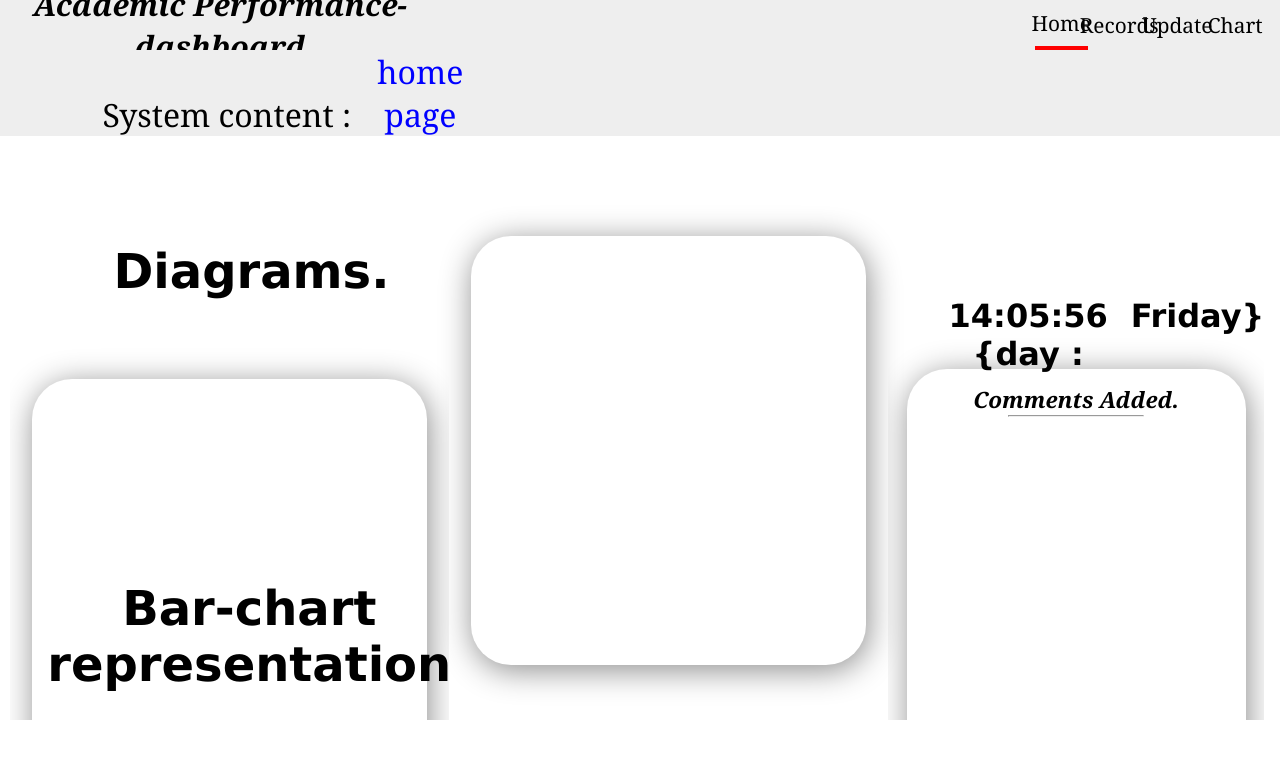
Repository: 3x3cu7er/Shax_001
Page: http://localhost/xmain/
These files come from the project's save history. The page is drawn as it stood at one moment and after the next save; the edit follows.
The browser window is 1280 px wide. The pictures show the whole page.
An inner scrolling area shows only its first screen. The page is served by the project's application, run on Django 4.2 (manage.py).

Above is the page before, as saved 2024-01-19 18:12:39.
Console error (its wording comes from the project's code and is left out).

After the next save:
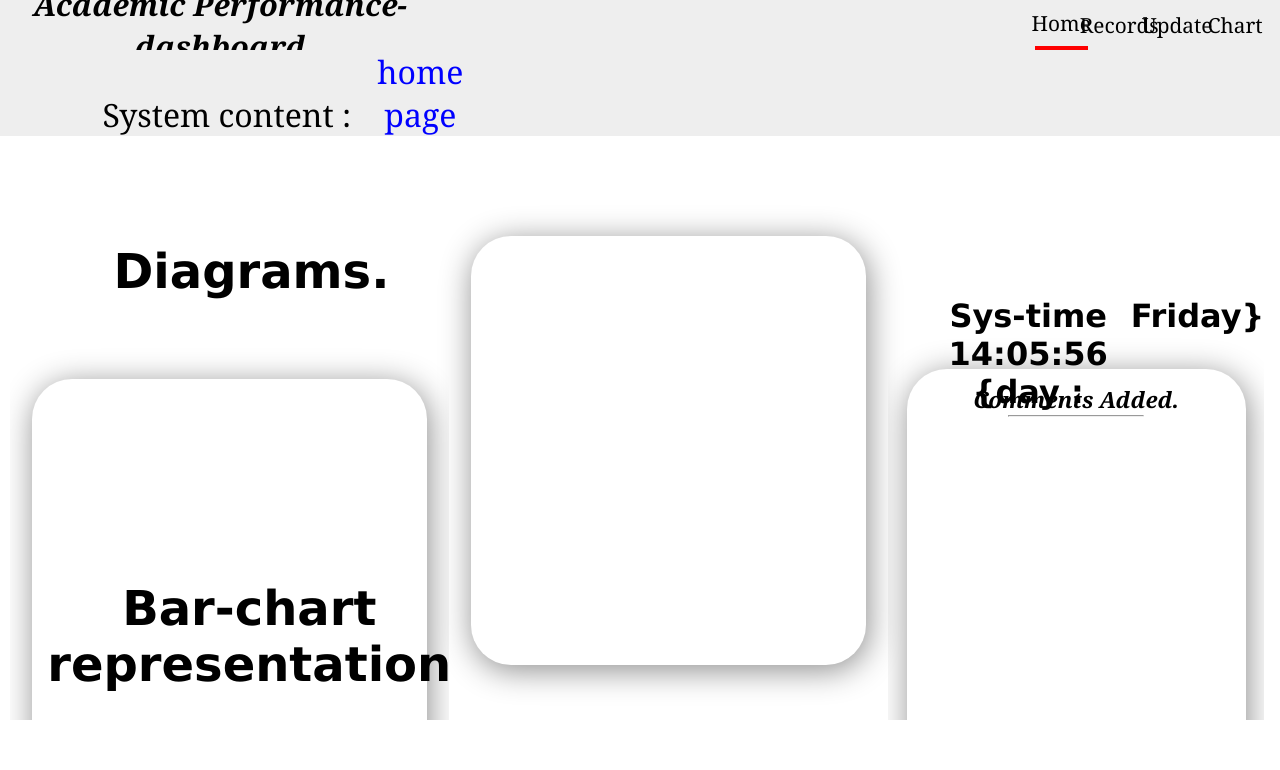
Saved 59 s later.
--- a/_3x3c47er_Sino_sys/template/xmain.html
+++ b/_3x3c47er_Sino_sys/template/xmain.html
@@ -73,10 +73,8 @@
           <div class="leftSide">
             <div class="time">
               <h4>
-                <span class="hr">00</span>:<span class="min">00</span>:<span
-                  class="sec"
-                  >00</span
-                >
+                Sys-time <span class="hr">00</span>:<span class="min">00</span
+                >:<span class="sec">00</span>
                 {day :
               </h4>
               <h4 class="dy">day</h4>
